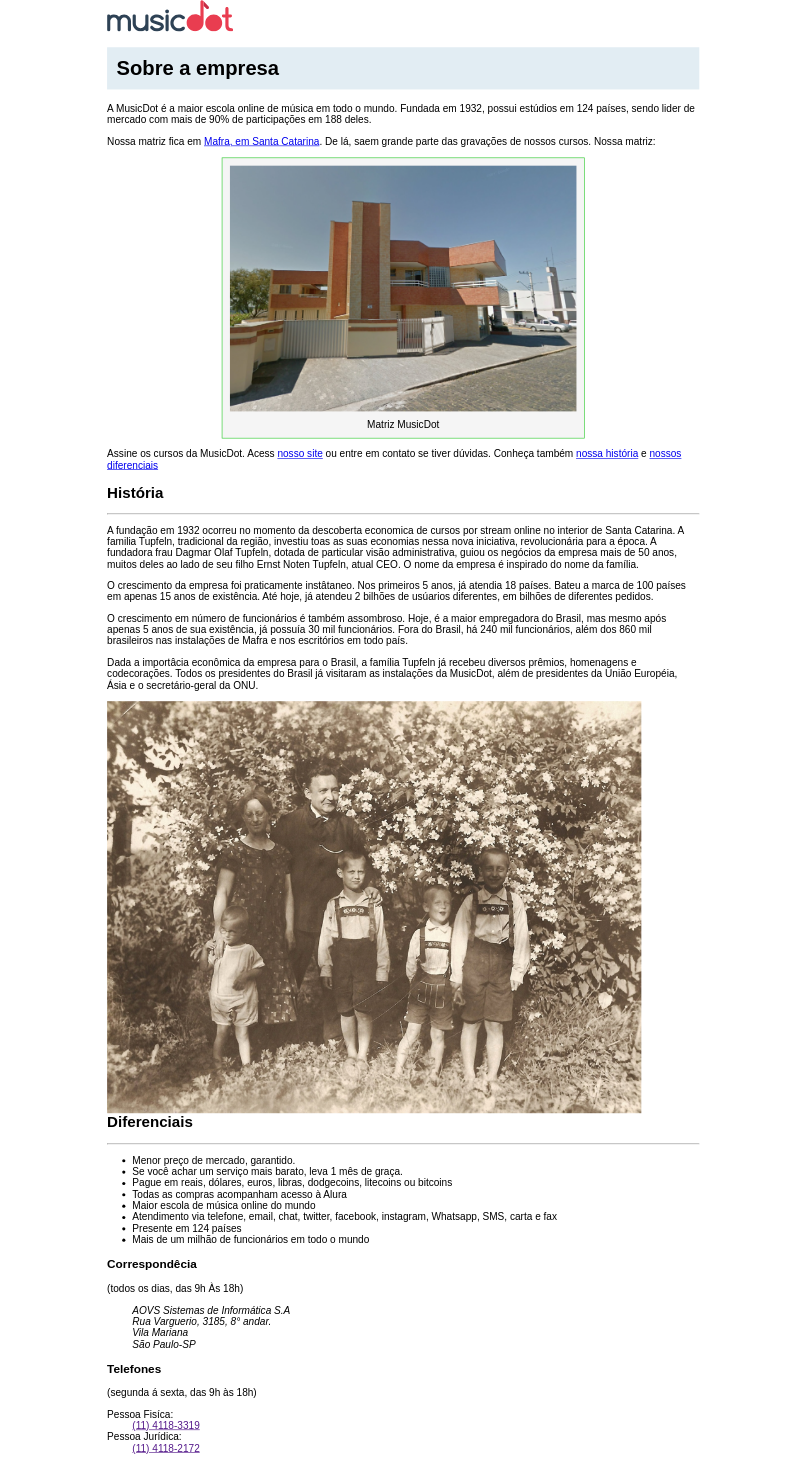
Repository: EmanuelUrbano/introducao_a_tecnologias
Page: 05_04_22/trabalho/projeto-musicdot/sobre.html
The author's editor kept a copy of each file at every save. The page is drawn from the files as they stood at one save, then again after the next save.
The browser window is 1280 px wide. The pictures show the whole page, at 63% of full size.

Above is the page before, as saved 2022-05-19 21:31:50.

### 05_04_22/trabalho/projeto-musicdot/sobre.html
<!DOCTYPE html>
<html lang="en">
<head>
    <meta charset="UTF-8">
    <link rel="stylesheet" href="sobre.css">
    <!--icone titulo-->
    <link rel="shortcut icon" href="img/img/favicon.ico" type="image/x-icon">
    <title>Trabalho - musicdot</title>
</head>
<body>

    <!--logo ocupando linja intera-->
    <img src="img/img/logo.svg" alt="♪MusicDot">
    <!--titulo da pagina(seção)-->
    <main>
        <h1>Sobre a empresa</h1>
        <!--paragrafo (usar link)-->
        <p>
            A MusicDot é a maior escola online de música em todo o mundo. Fundada em 1932, possui estúdios em 124 países, sendo lider de
            mercado com mais de 90% de participações em 188 deles.
        </p>
        <p>
            Nossa matriz fica em <a href="http://maps.google.com.br/?q=190,GabrielDequech,Mafra,SC">Mafra, em Santa Catarina</a>. De lá, saem grande parte das gravações de nossos cursos. Nossa matriz:
        </p>
        <!--imagem (usar figure e figurecaption)-->
        <figure>
            <img src="img/img/matriz-musicdot.png" alt="imagem da matriz">
            <figurecaption>Matriz MusicDot</figurecaption>
        </figure>
        <!--paragrafo (usar link)-->
        <p>
            Assine os cursos da MusicDot. Acess <a href="#">nosso site</a> ou entre em contato se tiver dúvidas. Conheça também <a href="#nossa_historia">nossa história</a> e <a href="#nossos_direnciais">nossos diferenciais</a>
        </p>
    </main>
    <section>
        <!--titulo linha inteira-->
        <h2>História</h2>
        <!--Linha acho hr-->
        <hr>
        <!--texto com imagem do lado(usar figure e figurecaption)-->
        <p>
            A fundação em 1932 ocorreu no momento da descoberta economica
            de cursos por stream online no interior de Santa Catarina.
            A familia Tupfeln, tradicional da região, investiu toas as suas economias nessa nova iniciativa, revolucionária para a época. A fundadora frau Dagmar Olaf Tupfeln, dotada de particular visão administrativa, guiou os negócios da empresa mais de 50 anos, muitos deles ao lado de seu filho Ernst Noten Tupfeln, atual CEO.
            O nome da empresa é inspirado do nome da família.
        </p>
        <p>
            O crescimento da empresa foi
            praticamente instâtaneo.
            Nos primeiros 5 anos, já atendia 18 países.
            Bateu a marca de 100 países em apenas 15 anos de existência.
            Até hoje, já atendeu 2 bilhões de usúarios diferentes,
            em bilhões de diferentes pedidos.
        </p>
        <p>
            O crescimento em número de funcionários é também assombroso.
            Hoje, é a maior empregadora do Brasil, mas mesmo após apenas 5 anos
            de sua existência, já possuía 30 mil funcionários. Fora do Brasil,
            há 240 mil funcionários,  além dos 860 mil brasileiros nas instalações
            de Mafra  e nos escritórios em todo país.
        </p>
        <p>
            Dada a importâcia econômica da empresa para o Brasil, a
            família Tupfeln já recebeu diversos prêmios, homenagens e codecorações.
            Todos os presidentes do Brasil já visitaram as instalações da MusicDot,
            além de presidentes da União Européia, Ásia e o secretário-geral da ONU.
        </p>
        <img src="img\img\familia-tupfeln.jpg" alt="familia-tupfeln">
    </section>
    <section>
        <!--titulo linha inteira-->
        <h2>Diferenciais</h2>
        <!--Linha acho hr-->
        <hr>
        <!--lista-->
        <ul>
            <li>Menor preço de mercado, garantido.</li>
            <li>Se você achar um serviço mais barato, leva 1 mês de graça.</li>
            <li>Pague em reais, dólares, euros, libras, dodgecoins, litecoins ou bitcoins</li>
            <li>Todas as compras acompanham acesso à Alura</li>
            <li>Maior escola de música online do mundo</li>
            <li>Atendimento via telefone, email, chat, twitter, facebook, instagram, Whatsapp, SMS, carta e fax</li>
            <li>Presente em 124 países</li>
            <li>Mais de um milhão de funcionários em todo o mundo</li>
        </ul>
    </section>
    <section>
        <!--titulo da pagina(seção)-->
        <h3>
            <!--texto forte-->
            Correspondêcia
        </h3>
        <!--texto parenteses horario-->
        <p>(todos os dias, das 9h Às 18h)</p>
        <!--paragrafo em italico mais ao lado(lista)-->
        <em>
            <dl>
                <dd>
                    AOVS Sistemas de Informática S.A
                </dd>
                <dd>
                    Rua Varguerio, 3185, 8° andar.
                </dd>
                <dd>
                    Vila Mariana
                </dd>
                <dd>São Paulo-SP</dd>
            </dl>
        </em>
        <!--texto forte-->
        <h3>
            Telefones
        </h3>
        <!--texto parenteses horario-->

        <p>(segunda á sexta, das 9h às 18h)</p>
        <!--Lista -->
        <dl>

            <dt>
                Pessoa Fisíca:
            </dt>
            <dd>
                <a href="">
                    (11) 4118-3319
                </a>
            </dd>

            <dt>
                Pessoa Jurídica:
            </dt>
            <dd>
                <a href="">
                    (11) 4118-2172
                </a>
            </dd>

        </dl>
    </section>
</body>
</html>

### 05_04_22/trabalho/projeto-musicdot/sobre.css


body{
    font-family: Arial, Helvetica, sans-serif;
    width: 940px;
    margin: 0 auto;
}

main>h1{
    background-color: rgb(226,237,243);
    padding: 15px;
}
main>figure{
    width: 550px;
    border: solid limegreen 1px;
    background-color: rgb(245,245,245);
    padding: 12px;
    margin: 0 auto;
    text-align: center;
}

main>figure>img{
   width: 550px;
   padding-bottom: 8px;
}

main>figure>figurecaption{
    text-align: center;
}

img[alt="familia-tupfeln"]{
    float: left;
}

After the next save:
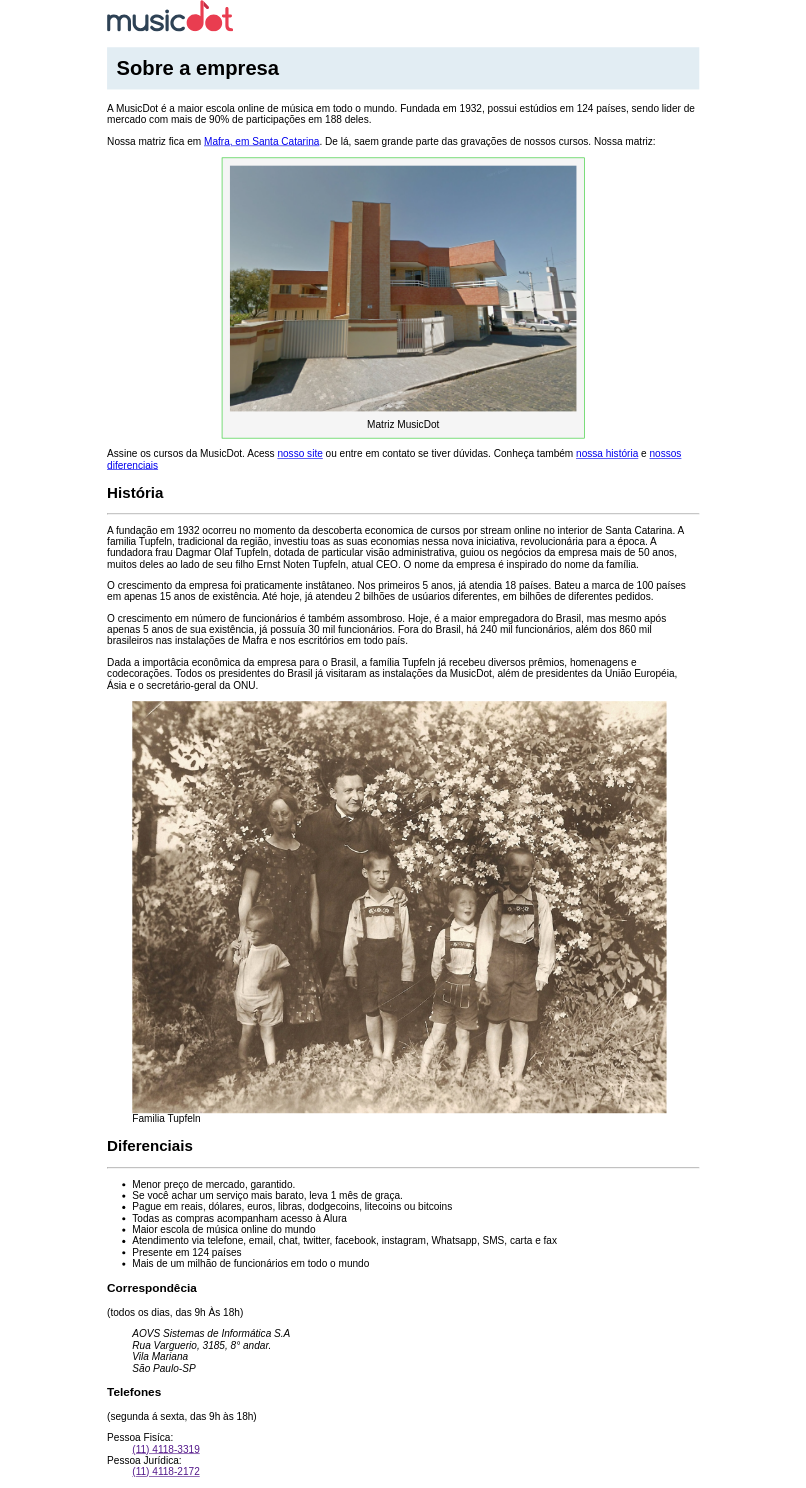
Saved 3 days later.
--- a/05_04_22/trabalho/projeto-musicdot/sobre.html
+++ b/05_04_22/trabalho/projeto-musicdot/sobre.html
@@ -65,7 +65,10 @@
             Todos os presidentes do Brasil já visitaram as instalações da MusicDot,
             além de presidentes da União Européia, Ásia e o secretário-geral da ONU.
         </p>
-        <img src="img\img\familia-tupfeln.jpg" alt="familia-tupfeln">
+        <figure>
+            <img src="img\img\familia-tupfeln.jpg" alt="familia-tupfeln">
+            <figcaption>Familia Tupfeln</figcaption>
+        </figure>
     </section>
     <section>
         <!--titulo linha inteira-->
